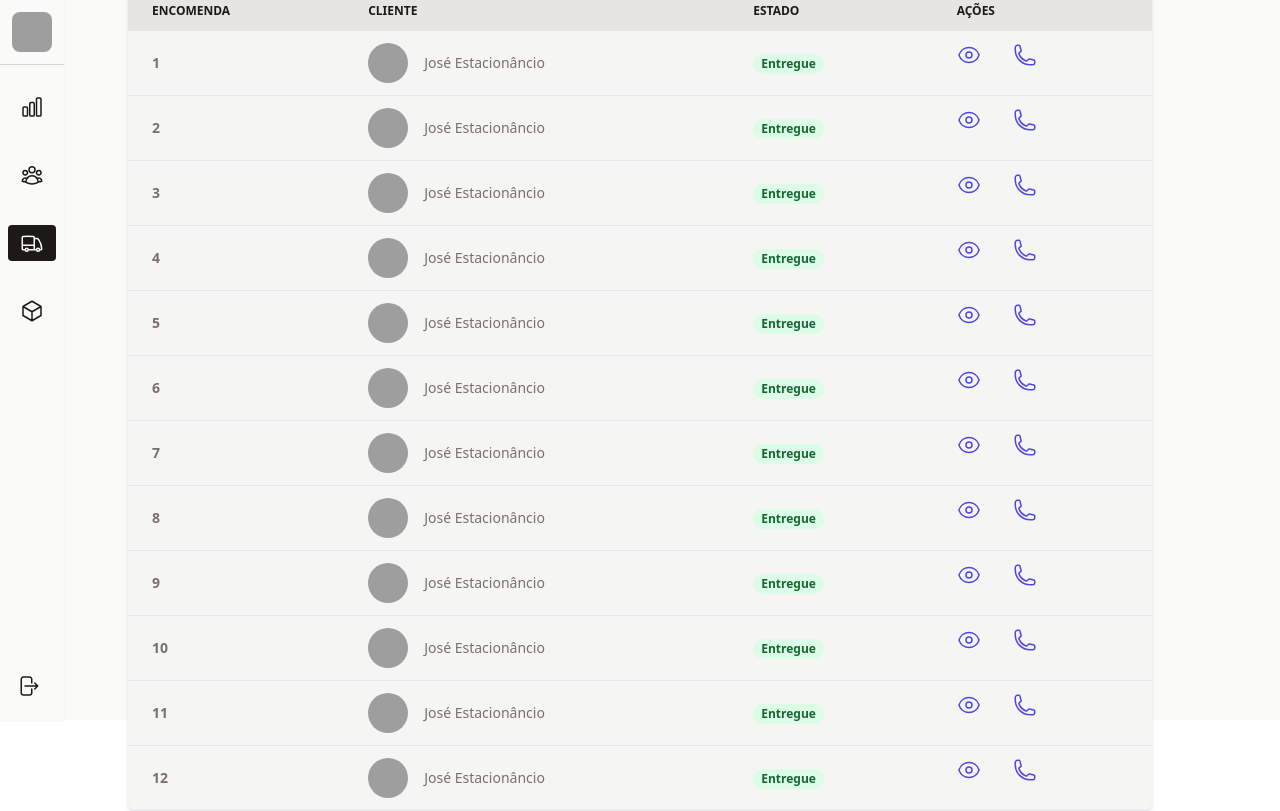
Repository: XavierOtavio/Cuzinhas
Page: /dashboard/orders
The author's editor kept a copy of each file at every save. The page is drawn from the files as they stood at one save, then again after the next save.
The browser window is 1280 px wide. The pictures show the whole page.
Pictures or frames that could not be fetched are drawn as grey boxes. The project was rebuilt for these pictures with package versions that can differ from the ones it lists, and the page was loaded fresh each time. Also part of the build but not shown: src/components/Logotipo.js, src/components/Header.js, src/components/Dashboard.js, src/components/Login.js, src/components/Register.js, src/components/Home.js, src/components/LayoutFront.js.

Above is the page before, as saved 2023-03-08 15:27:14.

After the next save:
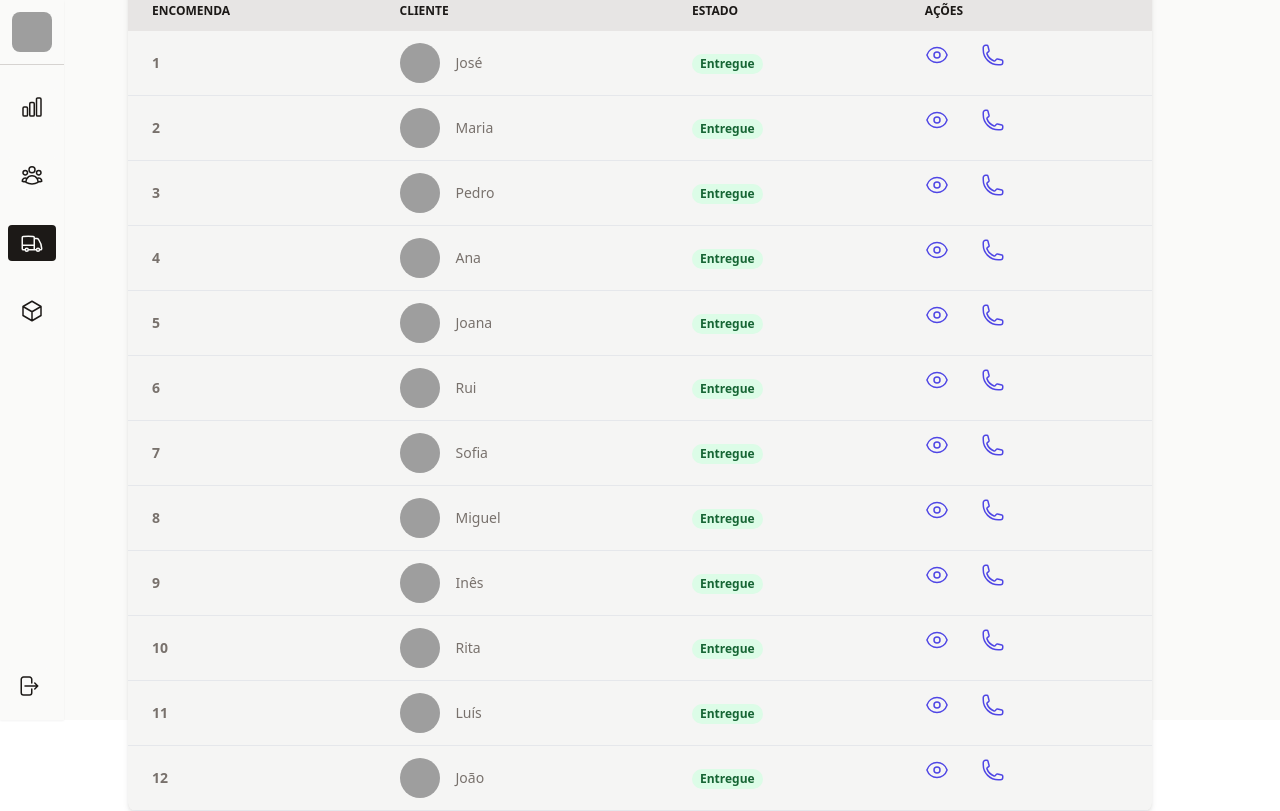
Saved 7 s later.
--- a/src/components/Orders.js
+++ b/src/components/Orders.js
@@ -169,9 +169,7 @@ export default function Orders() {
                     />
                   </div>
                   <div className="ml-4">
-                    <div className="text-sm font-medium">
-                      José Estacionâncio
-                    </div>
+                    <div className="text-sm font-medium">{order.name}</div>
                   </div>
                 </div>
               </td>
